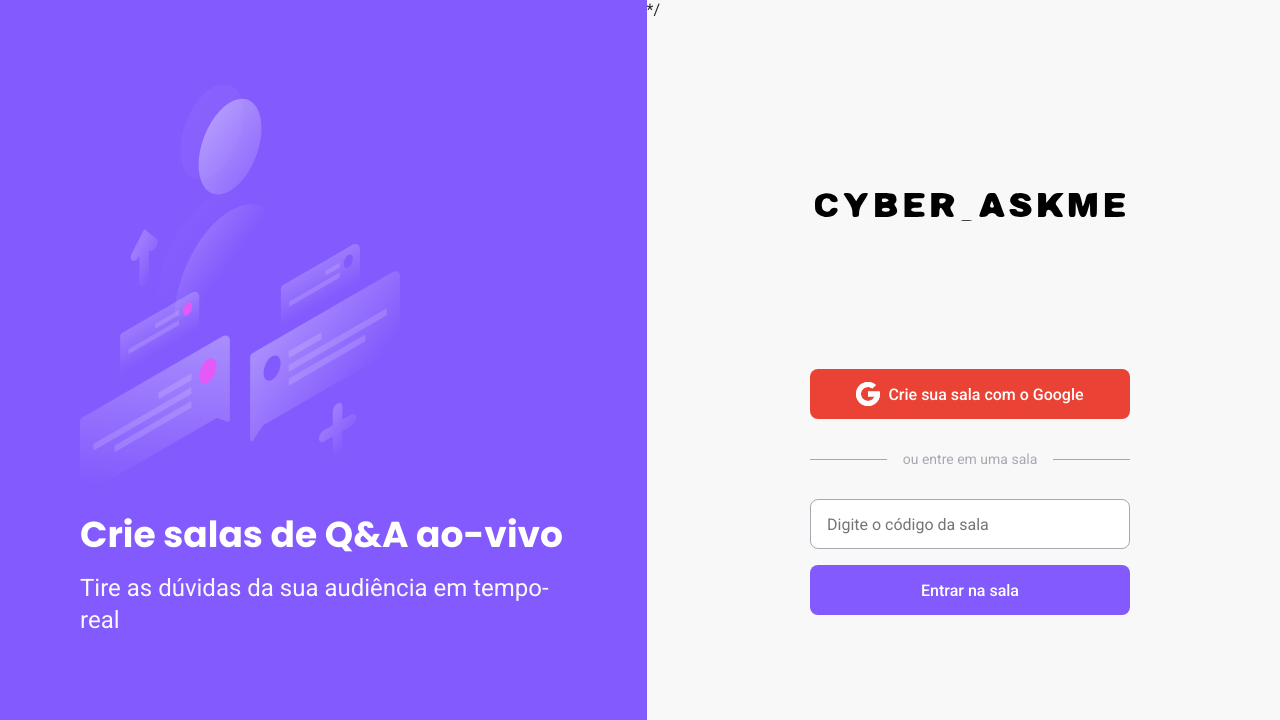
Repository: DevSecOpsRodrigo/cyberx
Page: /
An editor plug-in stored every save of this project. The page is shown before and after a run of saves, followed by the edit.
The browser window is 1280 px wide. The pictures show the whole page.
The project was rebuilt for these pictures with package versions that can differ from the ones it lists, and the page was loaded fresh each time. Also part of the build but not shown: src/pages/NewRoom.tsx, src/components/Question/styles.scss, src/components/Question/index.tsx, src/styles/room-code.scss, src/components/RoomCode.tsx, src/hooks/useRoom.ts, src/styles/room.scss, src/pages/Room.tsx and 1 more.

Above is the page before, as saved 2021-07-19 03:31:45.

### public/index.html
<!DOCTYPE html>
<html lang="en">
  <head>
    <meta charset="utf-8" />
    <meta name="viewport" content="width=device-width, initial-scale=1" />

    <link rel="preconnect" href="https://fonts.gstatic.com">
    <link href="https://fonts.googleapis.com/css2?family=Poppins:wght@400;700&family=Roboto:wght@400;500&display=swap" rel="stylesheet">

    <link rel="shortcut icon" href="favicon.png" />
    <title>Letmeask</title>
  </head>
  <body>
    <noscript>You need to enable JavaScript to run this app.</noscript>
    <div id="root"></div>
  </body>
</html>

### src/App.tsx
import { BrowserRouter, HashRouter, Route, Switch } from 'react-router-dom'

import { Home } from "./pages/Home";
import { NewRoom } from "./pages/NewRoom";
import { Room } from './pages/Room';
import { AdminRoom } from './pages/AdminRoom';

import { AuthContextProvider } from './contexts/AuthContext'

function App() {
  return (
   <HashRouter>
     <BrowserRouter>
       <AuthContextProvider>
         <Switch>
           <Route path="/" exact component={Home} />
           <Route path="/rooms/new" component={NewRoom} />
           <Route path="/rooms/:id" component={Room} />

           <Route path="/admin/rooms/:id" component={AdminRoom} />
         </Switch>
       </AuthContextProvider>
     </BrowserRouter>
    </HashRouter>
  );
}

export default App;

### src/services/firebase.ts
import firebase from 'firebase/app';

import 'firebase/auth';
import 'firebase/database';

const firebaseConfig = {
  apiKey: "AIzaSyB8s760YcuM7_H1orjfoDASmH31FOrPwCY",
  authDomain: "letmeask-projeto-a2916.firebaseapp.com",
  databaseURL: "https://letmeask-projeto-a2916-default-rtdb.firebaseio.com",
  projectId: "letmeask-projeto-a2916",
  storageBucket: "letmeask-projeto-a2916.appspot.com",
  messagingSenderId: "230011109510",
  appId: "1:230011109510:web:68f979985c181dc15bd107"
};


  firebase.initializeApp(firebaseConfig);

  export const auth = firebase.auth();
  export const database = firebase.database();

  export {firebase}

### src/pages/Home.tsx
import { useHistory } from 'react-router-dom'
import { FormEvent, useState } from 'react';

import illustrationImg from '../assets/images/illustration.svg'
import logoImg from '../assets/images/logo.svg';
import googleIconImg from '../assets/images/google-icon.svg';

import { database } from '../services/firebase';

import { Button } from '../components/Button';
import { useAuth } from '../hooks/useAuth';

import '../styles/auth.scss';

export function Home() {
  const history = useHistory();
  const { user, signInWithGoogle } = useAuth()
  const [roomCode, setRoomCode] = useState('');

  async function handleCreateRoom() {
    if (!user) {
      await signInWithGoogle()
    }

    history.push('/rooms/new');
  }

  async function handleJoinRoom(event: FormEvent) {
    event.preventDefault();

    if (roomCode.trim() === '') {
      return;
    }

    const roomRef = await database.ref(`rooms/${roomCode}`).get();

    if (!roomRef.exists()) {
      alert('Room does not exists.');
      return;
    }

    if (roomRef.val().endedAt) {
      alert('Room already closed.');
      return;
    }

    history.push(`/rooms/${roomCode}`);
  }

  return (
    <div id="page-auth">
      <aside>
        <img src={illustrationImg} alt="Ilustração simbolizando perguntas e respostas" />
        <strong>Crie salas de Q&amp;A ao-vivo</strong>
        <p>Tire as dúvidas da sua audiência em tempo-real</p>
      </aside>*/
      <main>
        <div className="main-content">
          <img src={logoImg} alt="Letmeask" />
          <button onClick={handleCreateRoom} className="create-room">
            <img src={googleIconImg} alt="Logo do Google" />
            Crie sua sala com o Google
          </button>
          <div className="separator">ou entre em uma sala</div>
          <form onSubmit={handleJoinRoom}>
            <input
              type="text"
              placeholder="Digite o código da sala"
              onChange={event => setRoomCode(event.target.value)}
              value={roomCode}
            />
            <Button type="submit">
              Entrar na sala
            </Button>
          </form>
        </div>
      </main>
    </div>
  )
}

### src/contexts/AuthContext.tsx
import { createContext, ReactNode, useEffect, useState } from "react";
import { auth, firebase } from "../services/firebase";

type User = {
  id: string;
  name: string;
  avatar: string;
}

type AuthContextType = {
  user: User | undefined;
  signInWithGoogle: () => Promise<void>;
}

type AuthContextProviderProps = {
  children: ReactNode;
}

export const AuthContext = createContext({} as AuthContextType);

export function AuthContextProvider(props: AuthContextProviderProps) {
  const [user, setUser] = useState<User>();

  useEffect(() => {
    const unsubscribe = auth.onAuthStateChanged(user => {
      if (user) {
        const { displayName, photoURL, uid } = user

        if (!displayName || !photoURL) {
          throw new Error('Missing information from Google Account.');
        }

        setUser({
          id: uid,
          name: displayName,
          avatar: photoURL
        })
      }
    })

    return () => {
      unsubscribe();
    }
  }, [])

  async function signInWithGoogle() {
    const provider = new firebase.auth.GoogleAuthProvider();

    const result = await auth.signInWithPopup(provider);

    if (result.user) {
      const { displayName, photoURL, uid } = result.user

      if (!displayName || !photoURL) {
        throw new Error('Missing information from Google Account.');
      }

      setUser({
        id: uid,
        name: displayName,
        avatar: photoURL
      })
    }
  }

  return (
    <AuthContext.Provider value={{ user, signInWithGoogle }}>
      {props.children}
    </AuthContext.Provider>
  );
}

### src/styles/auth.scss
#page-auth {
  display: flex;
  align-items: stretch;
  height: 100vh;

  aside {
    flex: 7;

    background: #835afd;
    color: #FFF;

    display: flex;
    flex-direction: column;
    justify-content: center;

    padding: 120px 80px;

    img {
      max-width: 320px;
    }

    strong {
      font: 700 36px 'Poppins', sans-serif;
      line-height: 42px;
      margin-top: 16px;
    }

    p {
      font-size: 24px;
      line-height: 32px;
      margin-top: 16px;
      color: #f8f8f8;
    }
  }

  main {
    flex: 8;

    padding: 0 32px;

    display: flex;
    align-items: center;
    justify-content: center;
  }

  .main-content {
    display: flex;
    flex-direction: column;
    width: 100%;
    max-width: 320px;
    align-items: stretch;
    text-align: center;

    > img {
      align-self: center;
    }

    h2 {
      font-size: 24px;
      margin: 64px 0 24px;
      font-family: 'Poppins', sans-serif;
    }

    form {
      input {
        height: 50px;
        border-radius: 8px;
        padding: 0 16px;
        background: #FFF;
        border: 1px solid #a8a8b3;
      }

      button {
        margin-top: 16px;
      }

      button, input {
        width: 100%;
      }
    }

    p {
      font-size: 14px;
      color: #737380;
      margin-top: 16px;

      a {
        color: #e559f9;
      }
    }
  }

  .create-room {
    margin-top: 64px;
    height: 50px;
    border-radius: 8px;
    font-weight: 500;
    background: #ea4335;
    color: #FFF;

    display: flex;
    justify-content: center;
    align-items: center;

    cursor: pointer;
    border: 0;

    transition: filter 0.2s;

    img {
      margin-right: 8px;
    }

    &:hover {
      filter: brightness(0.9);
    }
  }

  .separator {
    font-size: 14px;
    color: #a8a8b3;

    margin: 32px 0;
    display: flex;
    align-items: center;

    &::before {
      content: '';
      flex: 1;
      height: 1px;
      background: #a8a8b3;
      margin-right: 16px;
    }

    &::after {
      content: '';
      flex: 1;
      height: 1px;
      background: #a8a8b3;
      margin-left: 16px;
    }
  }
}

Loaded but not shown: src/index.tsx (common file); src/styles/global.scss (common file); src/components/Button.tsx (common file); src/hooks/useAuth.ts (common file); src/styles/button.scss (common file)

After the next 2 saves:
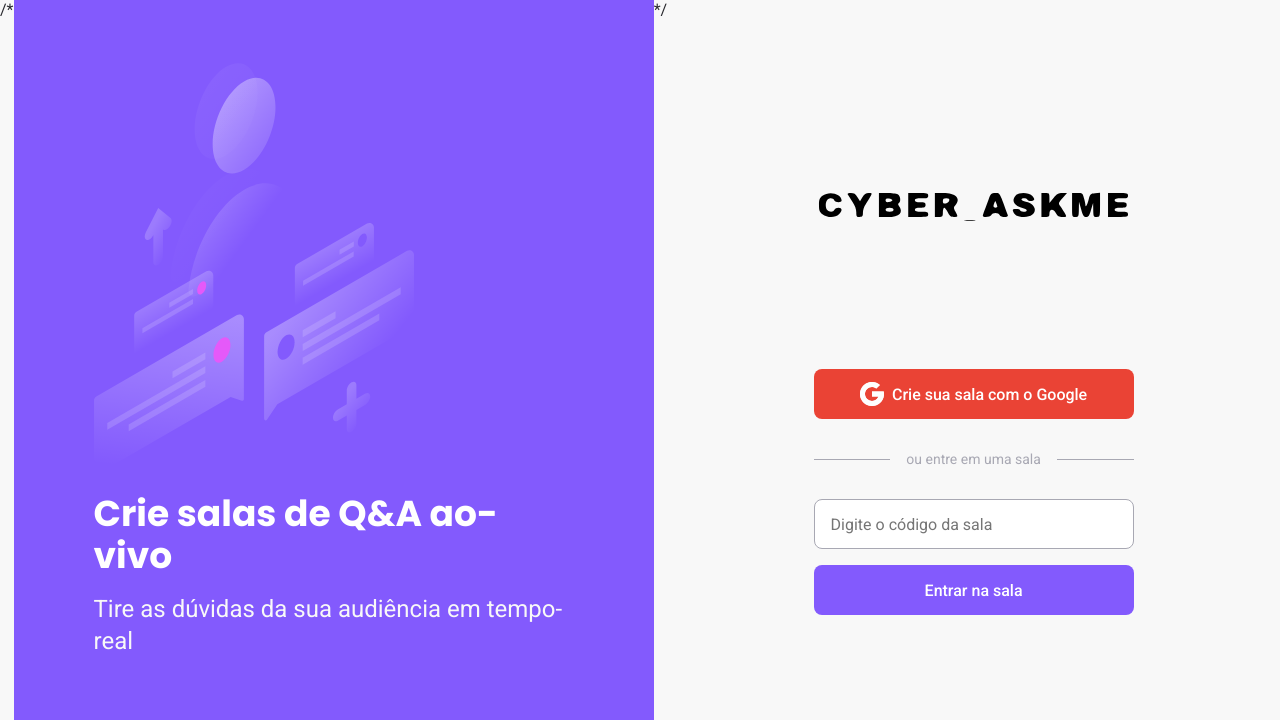
The 2 saves are shown as one change because they came seconds apart.
The last was saved 8 s later.
--- a/src/pages/Home.tsx
+++ b/src/pages/Home.tsx
@@ -49,7 +49,7 @@ export function Home() {
 
   return (
     <div id="page-auth">
-      <aside>
+     /* <aside>
         <img src={illustrationImg} alt="Ilustração simbolizando perguntas e respostas" />
         <strong>Crie salas de Q&amp;A ao-vivo</strong>
         <p>Tire as dúvidas da sua audiência em tempo-real</p>
